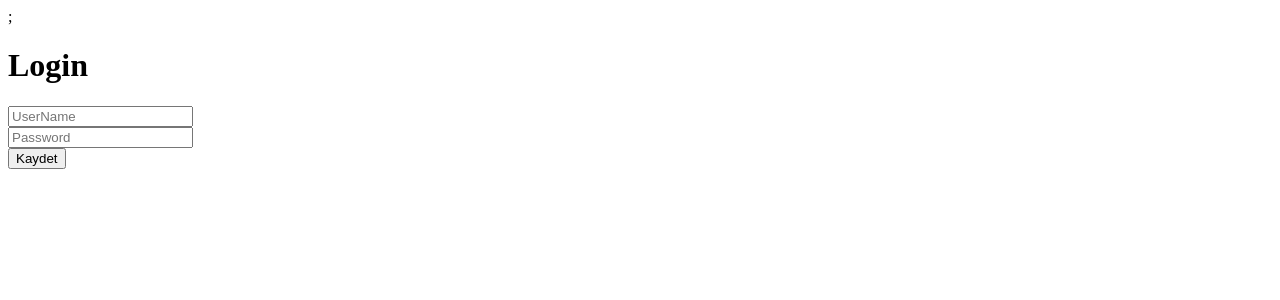
Repository: Berilinanir/Login-Logout-System
Page: Loginn/WebContent/login.html
The author's editor kept a copy of each file at every save. The page is drawn from the files as they stood at one save, then again after the next save.
The browser window is 1280 px wide. The pictures show the whole page.

Above is the page before, as saved 2018-10-13 10:49:52.

After the next save:
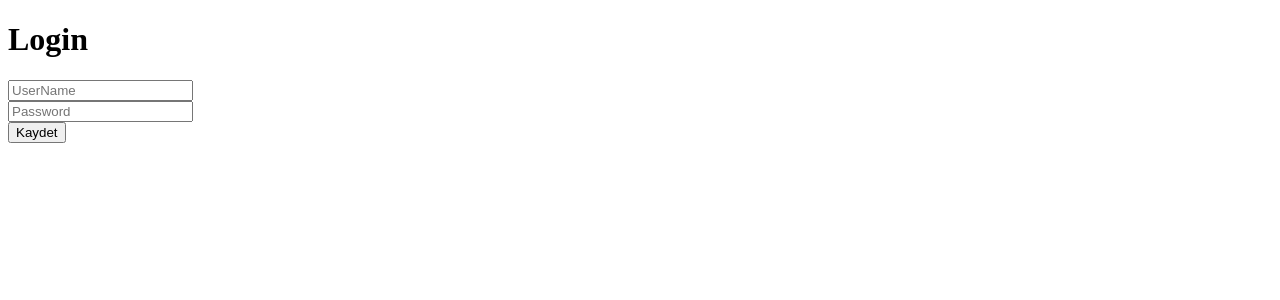
Saved 35 s later.
--- a/Loginn/WebContent/login.html
+++ b/Loginn/WebContent/login.html
@@ -5,7 +5,7 @@
 
 <title>Login Form</title>
 
-<link rel="stylesheet" href="style2.css">;
+<link rel="stylesheet" href="style2.css">
 
 </head>
 <body>
